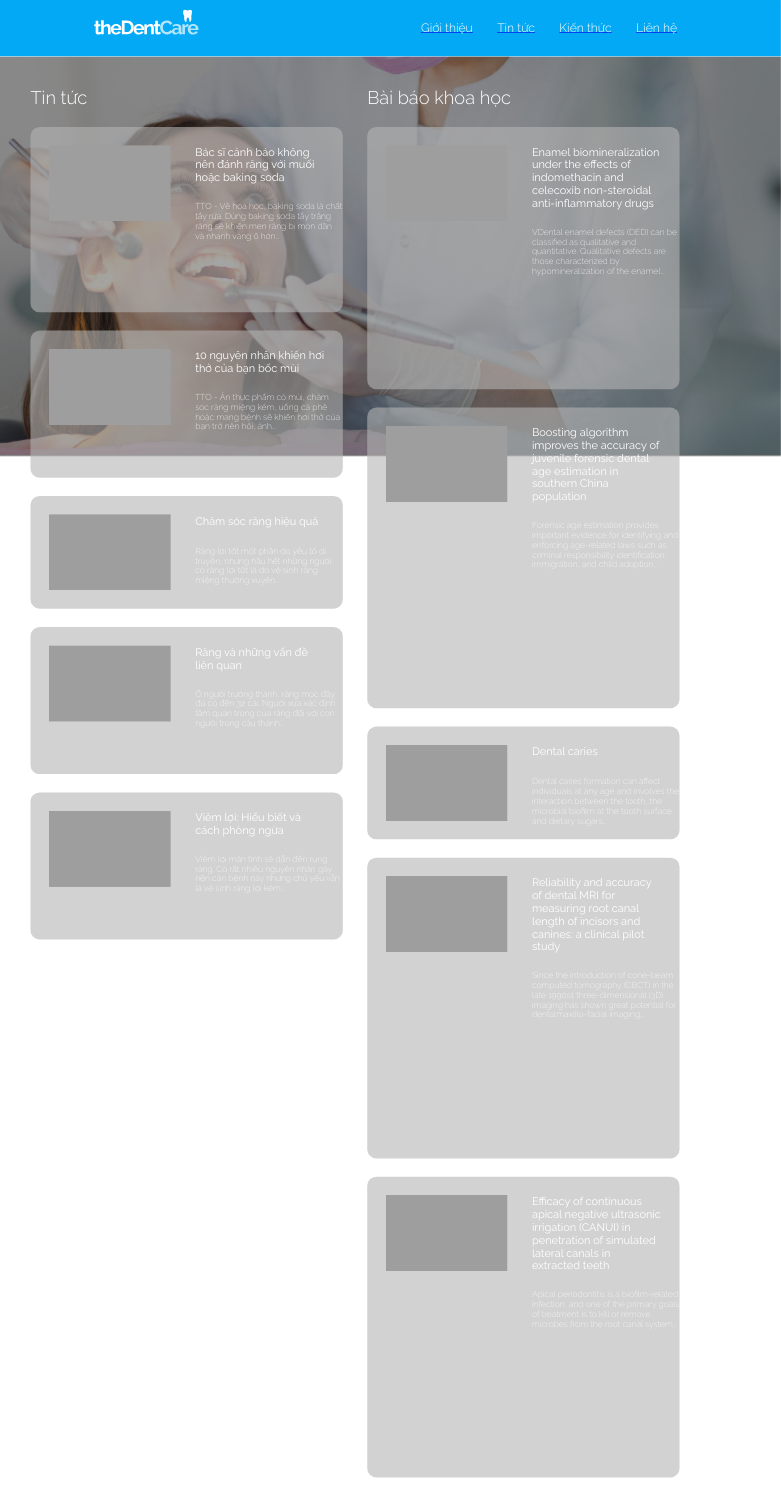
Repository: vantoan19/theDentCare
Page: /news (app in theDentalCare/the-dental-care/)
An editor plug-in stored every save of this project. The page is shown before and after the next save, followed by the edit.
The browser window is 1280 px wide. The pictures show the whole page, at 61% of full size.
Pictures or frames that could not be fetched are drawn as grey boxes. The project was rebuilt for these pictures with package versions that can differ from the ones it lists, and the page was loaded fresh each time. The framework's server and built-in components were replaced by stand-ins that run in the browser.

Above is the page before, as saved 2022-09-24 17:55:50.

After the next save:
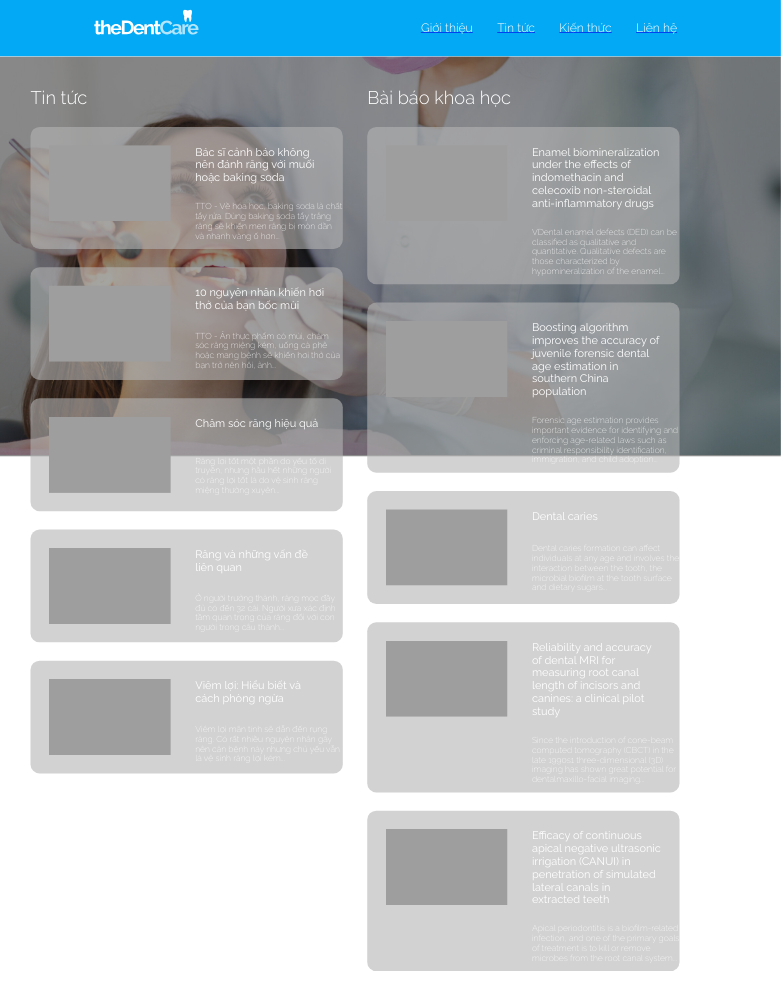
Saved 30 s later.
--- a/theDentalCare/the-dental-care/pages/news/index.js
+++ b/theDentalCare/the-dental-care/pages/news/index.js
@@ -37,7 +37,6 @@ const NewsCard = styled(Card)`
   display: grid;
   width: 100%;
   margin: 30px;
-  grid-template-rows: 1fr 2fr;
   grid-template-areas:
     "img title"
     "img desc";
